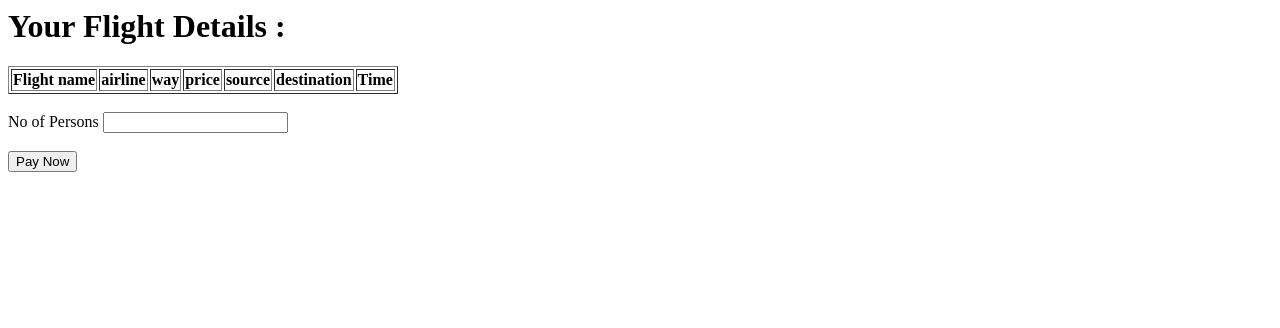
Repository: manishmachha/Project-FlyAway
Page: http://localhost/FlyAway/showdetails.jsp
These files come from the project's save history. The page is drawn as it stood at one moment and after the next save; the edit follows.
The browser window is 1280 px wide. The pictures show the whole page.
The page is served by Tomcat 9. The database holds what the project's SQL file puts in it.

Above is the page before, as saved 2022-01-04 08:09:57.

After the next save:
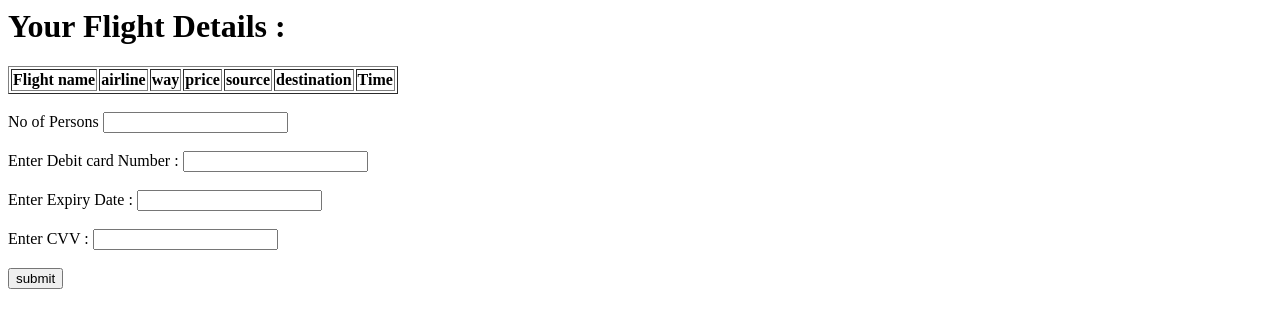
Saved 65 s later.
--- a/FlyAway/src/main/webapp/showdetails.jsp
+++ b/FlyAway/src/main/webapp/showdetails.jsp
@@ -4,7 +4,7 @@
 <%
 String SOURCE = request.getParameter("source");
 String DESTINATION = request.getParameter("destination");
-String time="10:45 PM";
+String time = "10:45 PM";
 Class.forName("com.mysql.jdbc.Driver");
 String url = "jdbc:mysql://localhost:3306/flyaway";
 String user = "root";
@@ -32,7 +32,7 @@ ResultSet rs = st.executeQuery(sql);
 		<td><%=rs.getString(1)%></td>
 		<td><%=rs.getString(2)%></td>
 		<td><%=rs.getString(3)%></td>
-		<td><%=rs.getString(4)+"/-"%></td>
+		<td><%=rs.getString(4) + "/-"%></td>
 		<td><%=rs.getString(5)%></td>
 		<td><%=rs.getString(6)%></td>
 		<td><%=time%></td>
@@ -43,7 +43,11 @@ ResultSet rs = st.executeQuery(sql);
 </table>
 </br>
 <form action="payment.jsp" method="post">
-	No of Persons <input type="number" name="no of persons"></br>
-	</br> <input type="submit" value="Pay Now">
+	No of Persons <input type="number" name="no of persons"></br> </br>
+	Enter Debit card Number : <input type="number"></br>
+	</br> Enter Expiry Date : <input type="text"></br>
+	</br> Enter CVV : <input type="text"></br>
+	</br> <input type="submit" value="submit"></br>
+	</br>
 
 </form>
